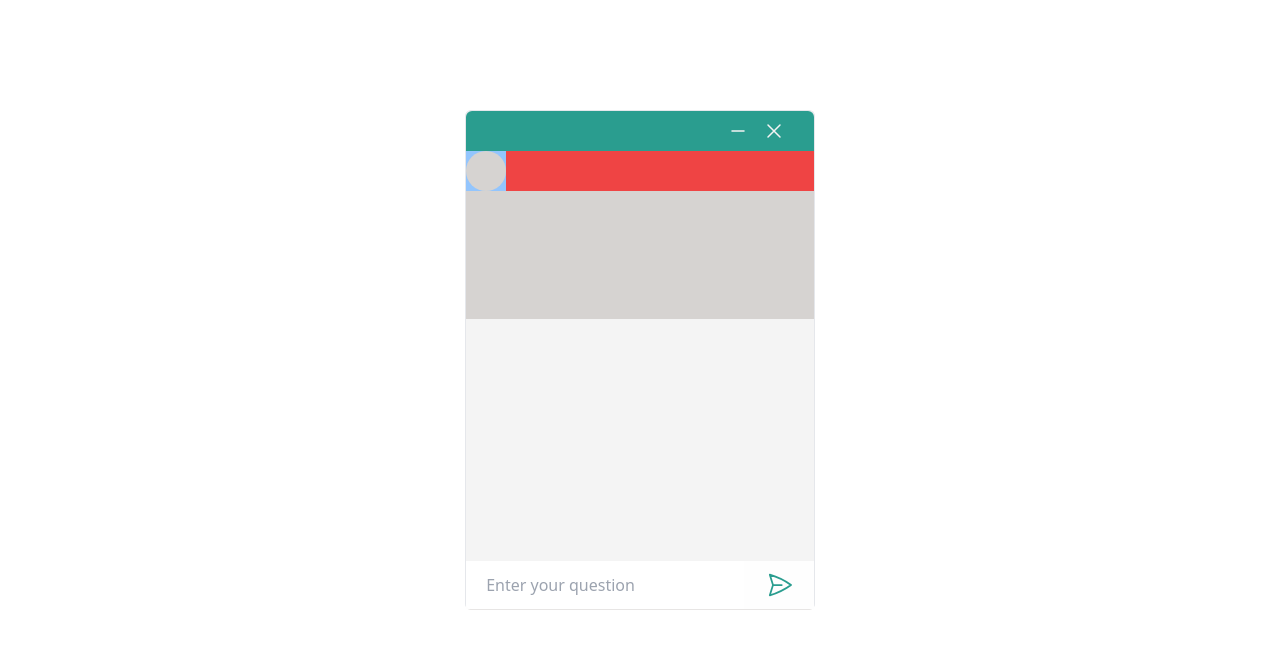
Repository: hsumyatm7308/Chatbot
Page: index.html
The author's editor kept a copy of each file at every save. The page is drawn from the files as they stood at one save, then again after the next save.
The browser window is 1280 px wide. The pictures show the whole page.
Some web libraries are served in a nearby version.

Above is the page before, as saved 2023-07-08 17:38:52.

After the next save:
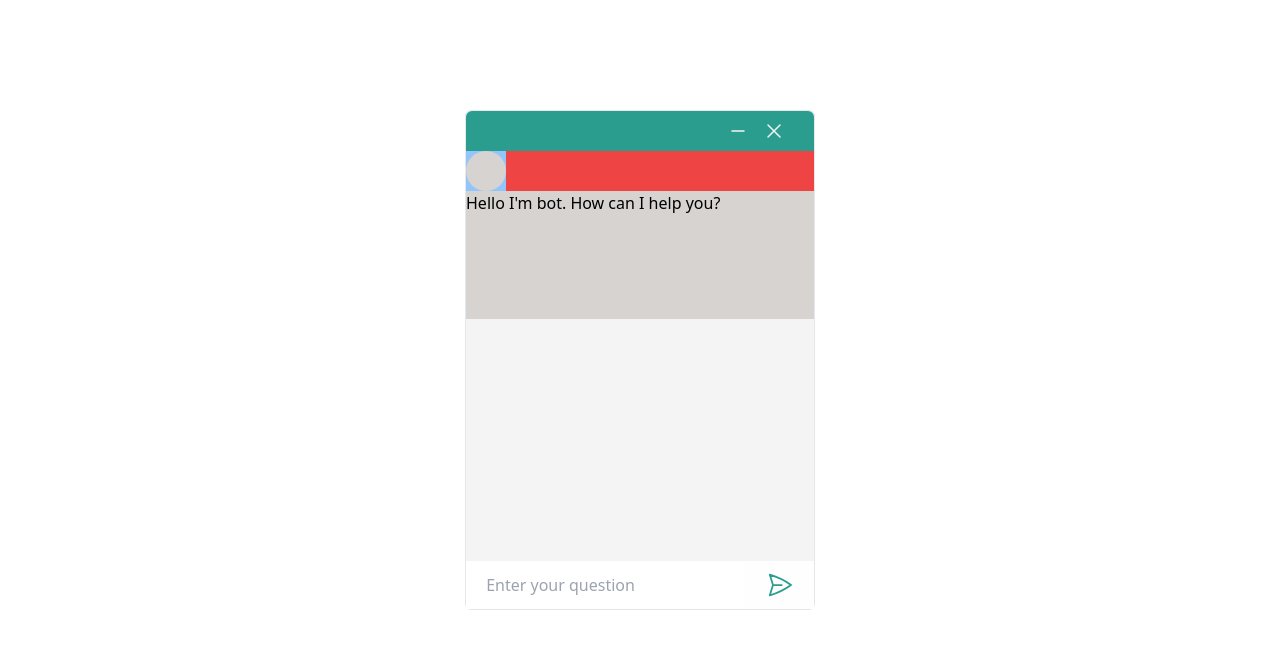
Saved 47 s later.
--- a/index.html
+++ b/index.html
@@ -33,7 +33,7 @@
                        </div>
                        <div class=" bg-blue-200 col-span-2">
                             <div class="w-96 h-32 bg-stone-300">
-
+                                    <span>Hello I'm bot. How can I help you?</span>
                             </div>
                        </div>
                  </div>
